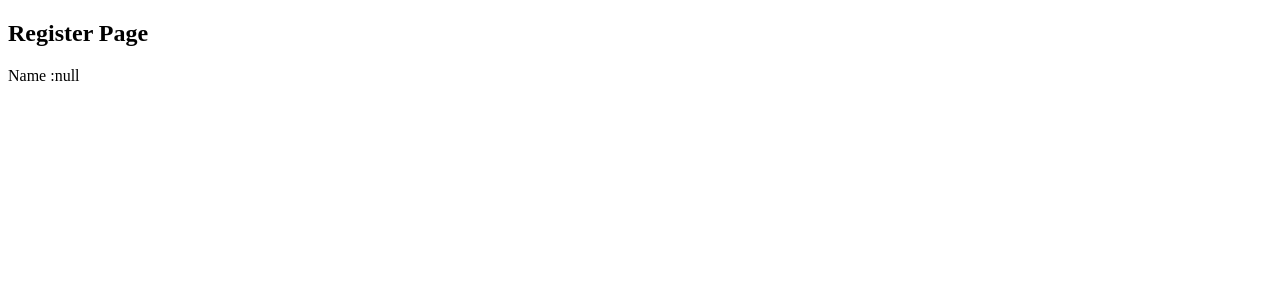
Repository: Kamleshmaury/CoreJava
Page: http://localhost/RegistrationForm/file.jsp
An editor plug-in stored every save of this project. The page is shown before and after the next save, followed by the edit.
The browser window is 1280 px wide. The pictures show the whole page.
The page is served by Tomcat 10. Other server files are loaded and not shown.

Above is the page before, as saved 2022-10-18 12:13:01.

### RegistrationForm/src/main/webapp/file.jsp
<%@ page language="java" contentType="text/html; charset=UTF-8"
    pageEncoding="UTF-8"%>
<!DOCTYPE html PUBLIC "-//W3C//DTD HTML 4.01 Transitional//EN" "http://www.w3.org/TR/html4/loose.dtd">
<html>
<head>
<meta http-equiv="Content-Type" content="text/html; charset=UTF-8">
<title>Insert title here</title>
</head>
<body>

        <h2> Register Page </h2>
          <%
          	out.println("Name :"+request.getParameter("name"));
          %>

</body>
</html>

After the next save:
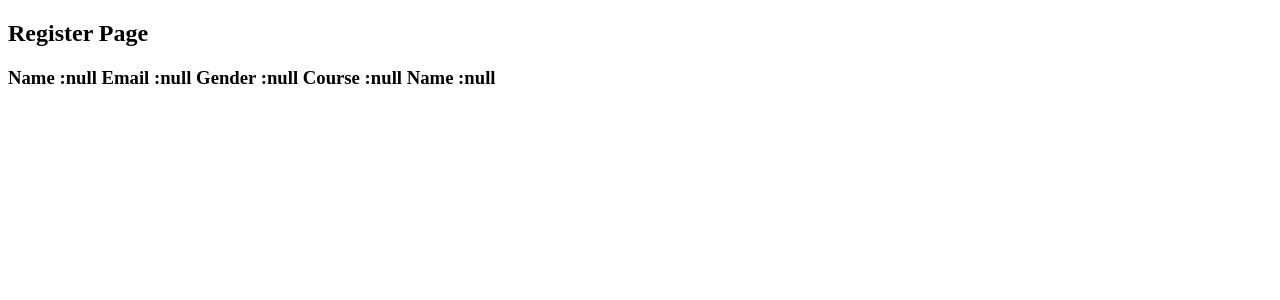
Saved 83 s later.
--- a/RegistrationForm/src/main/webapp/file.jsp
+++ b/RegistrationForm/src/main/webapp/file.jsp
@@ -9,9 +9,13 @@
 <body>
 
         <h2> Register Page </h2>
-          <%
+         <h3><%
           	out.println("Name :"+request.getParameter("name"));
-          %>
+         	out.println("Email :"+request.getParameter("email"));
+         	out.println("Gender :"+request.getParameter("gender"));
+         	out.println("Course :"+request.getParameter("course"));
+         	out.println("Name :"+request.getParameter("name"));
+          %></h3>
 
 </body>
 </html>
